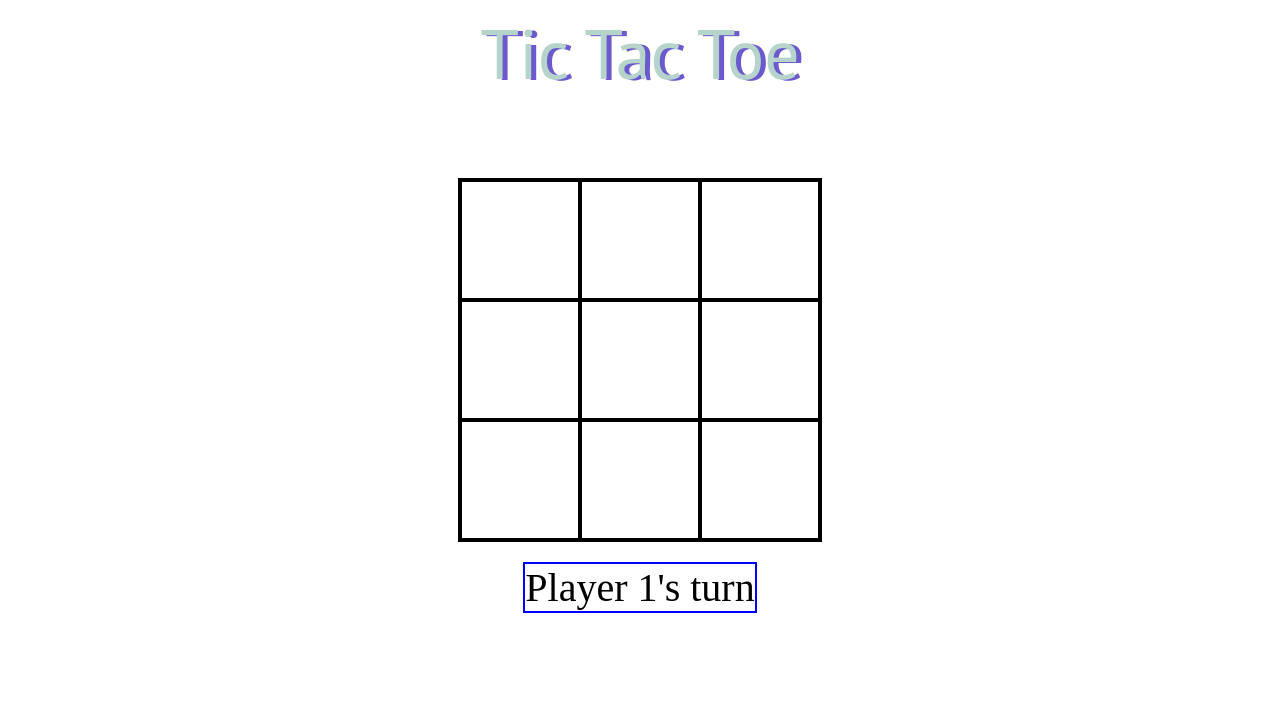
Repository: chin9/TicTacToe
Page: index.html
The author's editor kept a copy of each file at every save. The page is drawn from the files as they stood at one save, then again after the next save.
The browser window is 1280 px wide. The pictures show the whole page.

Above is the page before, as saved 2021-05-15 21:00:07.

After the next save:
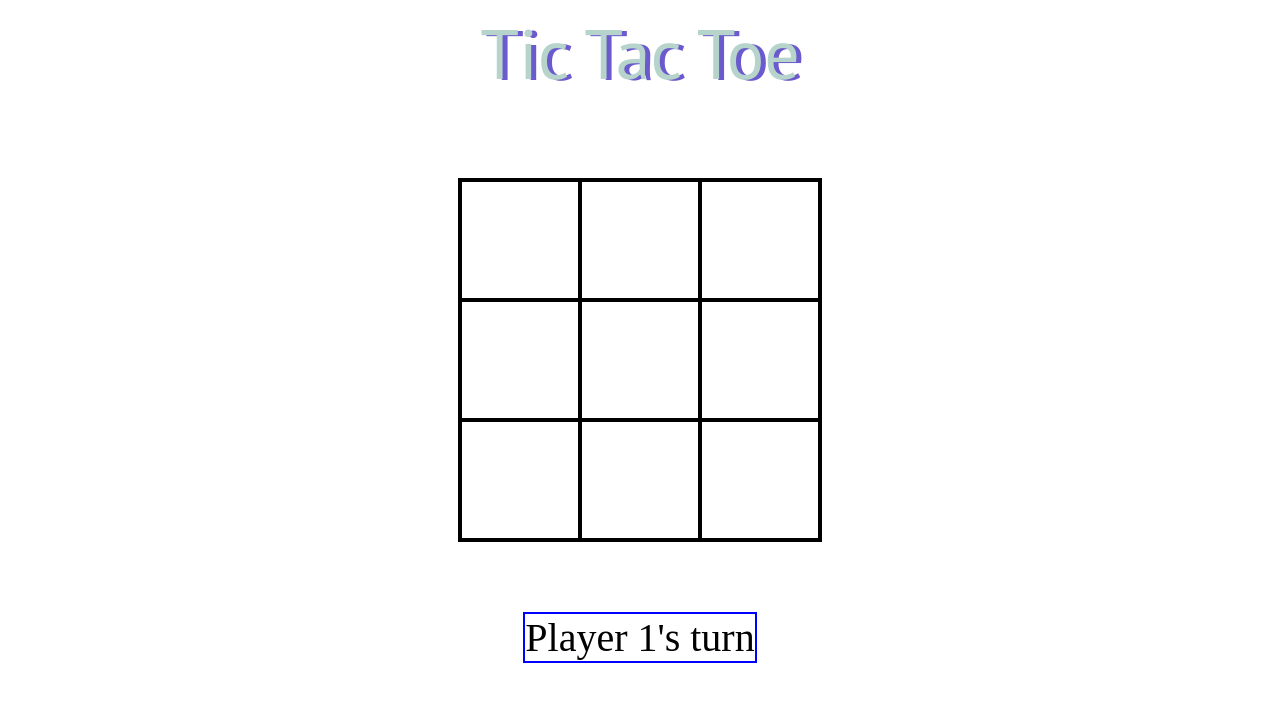
Saved 4 s later.
--- a/style.css
+++ b/style.css
@@ -42,7 +42,7 @@ body{
 
 .status{
     position: relative;
-    top: 100px;
+    top: 150px;
 
     font-size: 40px;
 
